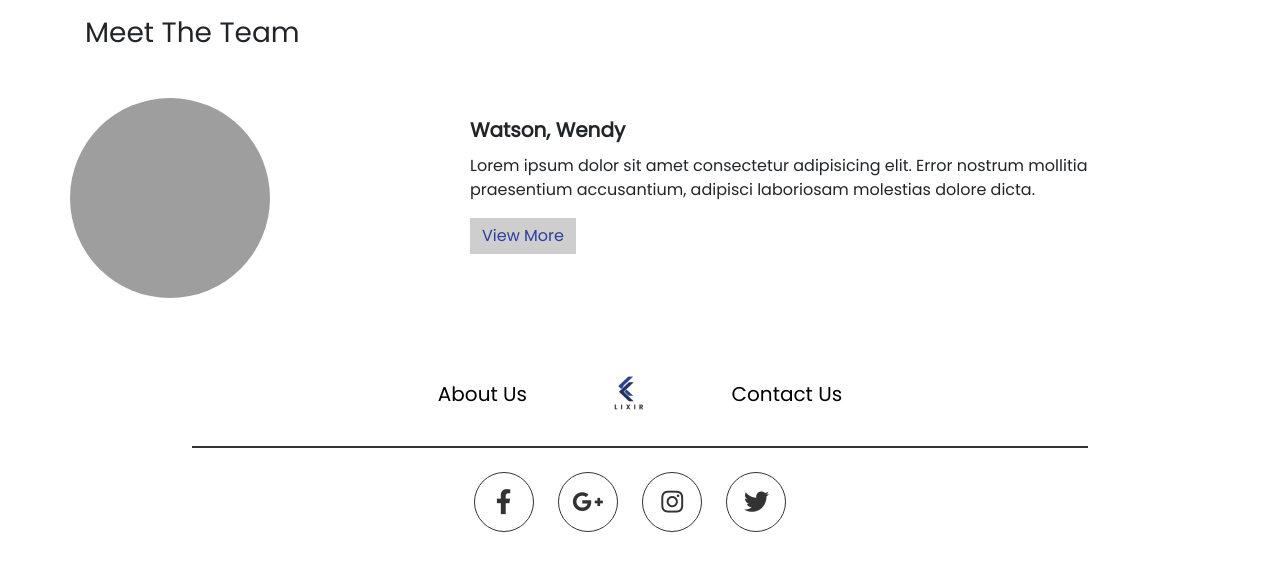
Repository: phiiileo/lit-page
Page: team-page.html
The author's editor kept a copy of each file at every save. The page is drawn from the files as they stood at one save, then again after a run of saves.
The browser window is 1280 px wide. The pictures show the whole page.
Pictures or frames that could not be fetched are drawn as grey boxes. Some web libraries are served in a nearby version.

Above is the page before, as saved 2019-12-04 21:21:43.

### team-page.html
<head>
  <meta charset="UTF-8" />
  <meta name="viewport" content="width=device-width, initial-scale=1.0" />
  <meta http-equiv="X-UA-Compatible" content="ie=edge" />
  <title>Lixir | Official Page</title>
  <link
    rel="stylesheet"
    href="css/bootstrap-4.4.0-dist/css/bootstrap.min.css"
  />
  <script src="js/jquery-1.11.1.min.js"></script>
  <script src="js/popper.min.js"></script>
  <script src="css/bootstrap-4.4.0-dist/js/bootstrap.min.js"></script>
  <link
    href="https://fonts.googleapis.com/css?family=Poppins&display=swap"
    rel="stylesheet"
  />
  <link
    rel="stylesheet"
    type="text/css"
    href="https://cdnjs.cloudflare.com/ajax/libs/font-awesome/5.11.2/css/all.min.css"
  />
  <link rel="stylesheet" href="css/site_footer.css" />
  <link rel="stylesheet" href="./css/team-page.css">
</head>

<div class="container">
    <p><h3>Meet The Team</h3></p>
    <div class="row row-cols-1 row-cols-md-1 mt-5 mb-5">
        <div class="card">
            <div class="row no-gutters">
                <div class="col-md-4 justify-content-center">
                    <img src="https://res.cloudinary.com/gboyega/image/upload/v1575387409/grillspot/profile-placeholder_kqu2no.png" alt="profileImage" class="team-image">
                </div>
                <div class="col-md-8">
                    <div class="card-body">
                        <h5 class="card-title">Watson, Wendy</h5>
                        <p class="card-text">Lorem ipsum dolor sit amet consectetur adipisicing elit. Error nostrum mollitia praesentium accusantium, adipisci laboriosam molestias dolore dicta.</p>
                        <p class="card-text"><button class="btn btn-secondary" id="viewMoreButton">View More</button></p>
                    </div>
                </div>
            </div>
        </div>
    </div>
</div>

<footer class="mt-5">
  <section class="footer_content mx-auto text-center">
    <section class="footer_content--one">
      <a href="about_us.php" class="">About Us</a>
      <a href="index.php" class="mx-5">
        <img src="image/footer_logo.png" alt="" width="100px" height="100px"
      /></a>
      <a href="contact.php" class="">Contact Us</a>
    </section>
    <section class="footer_content--two pt-4">
      <a href="#"><i class="fab fa-facebook-f"></i></a>
      <a href=""><i class="fab fa-google-plus-g"></i></a>
      <a href=""><i class="fab fa-instagram"></i></a>
      <a href=""><i class="fab fa-twitter"></i></a>
    </section>
  </section>
</footer>

### css/site_footer.css
footer .footer_content {
    width: 70%;
  }

  footer .footer_content .footer_content--one {
    width: 100%;
    border-bottom: 2px solid #333333;
  }

  footer .footer_content .footer_content--one a {
    font-size: 20px;
    line-height: 28px;
    color: #000000;
    display: inline-block;
  }

  footer .footer_content .footer_content--two a {
    color: #333333;
    border: 1px solid #333333;
    border-radius: 50%;
    width: 60px;
    height: 60px;
    display: -webkit-inline-box;
    display: -ms-inline-flexbox;
    display: inline-flex;
    -webkit-box-pack: center;
        -ms-flex-pack: center;
            justify-content: center;
    -webkit-box-align: center;
        -ms-flex-align: center;
            align-items: center;
    margin-right: 20px;
    margin-bottom: 20px;
  }

  footer .footer_content .footer_content--two a i {
    font-size: 25px;
  }

### css/team-page.css
* {
  margin-top: 0;
  padding: 0px;
  box-sizing: border-box;
  font-family: "Poppins", sans-serif;
}
.team-image{
    width: 200px;
    height: 200px;
    border-radius: 50%;
}

.card{
    border: 0;
}

.card-title{
    font-weight: bold;
}

#viewMoreButton{
    color:#29419b ;
    background: #cecece;
    border-radius: 0;
    border: 0;
}

Loaded but not shown: css/bootstrap-4.4.0-dist/css/bootstrap.min.css (library); js/jquery-1.11.1.min.js (library); js/popper.min.js (library); css/bootstrap-4.4.0-dist/js/bootstrap.min.js (library)

After the next 4 saves:
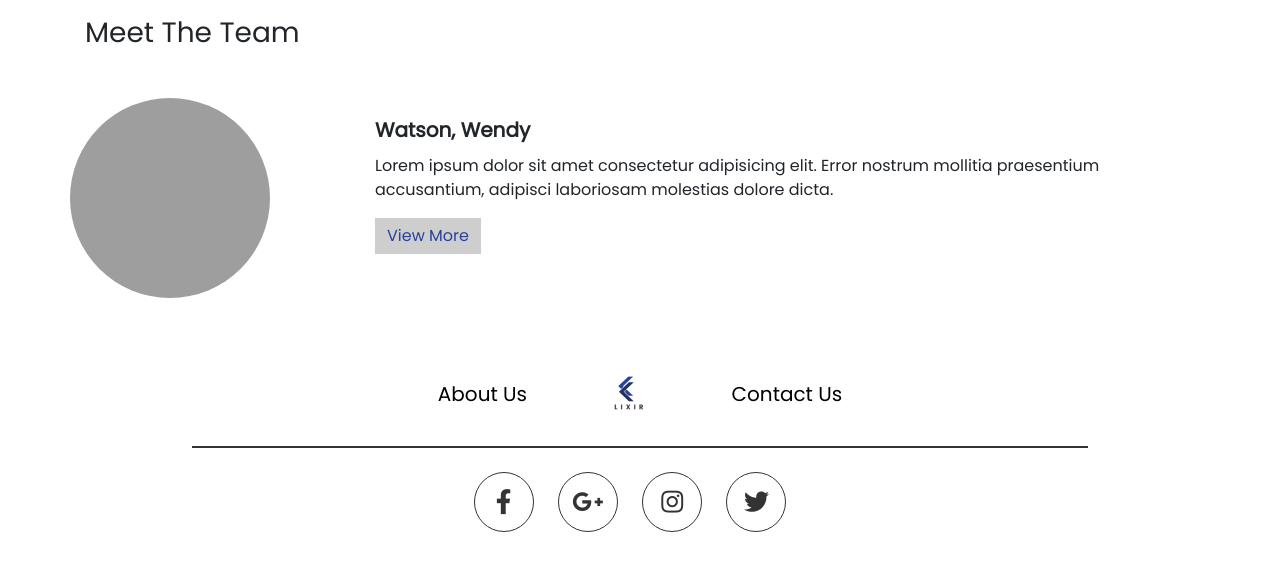
The 4 saves are shown as one change because they came seconds apart.
The last was saved 88 s later.
--- a/team-page.html
+++ b/team-page.html
@@ -28,10 +28,10 @@
     <div class="row row-cols-1 row-cols-md-1 mt-5 mb-5">
         <div class="card">
             <div class="row no-gutters">
-                <div class="col-md-4 justify-content-center">
+                <div class="col-md-3 justify-content-center">
                     <img src="https://res.cloudinary.com/gboyega/image/upload/v1575387409/grillspot/profile-placeholder_kqu2no.png" alt="profileImage" class="team-image">
                 </div>
-                <div class="col-md-8">
+                <div class="col-md-9">
                     <div class="card-body">
                         <h5 class="card-title">Watson, Wendy</h5>
                         <p class="card-text">Lorem ipsum dolor sit amet consectetur adipisicing elit. Error nostrum mollitia praesentium accusantium, adipisci laboriosam molestias dolore dicta.</p>
